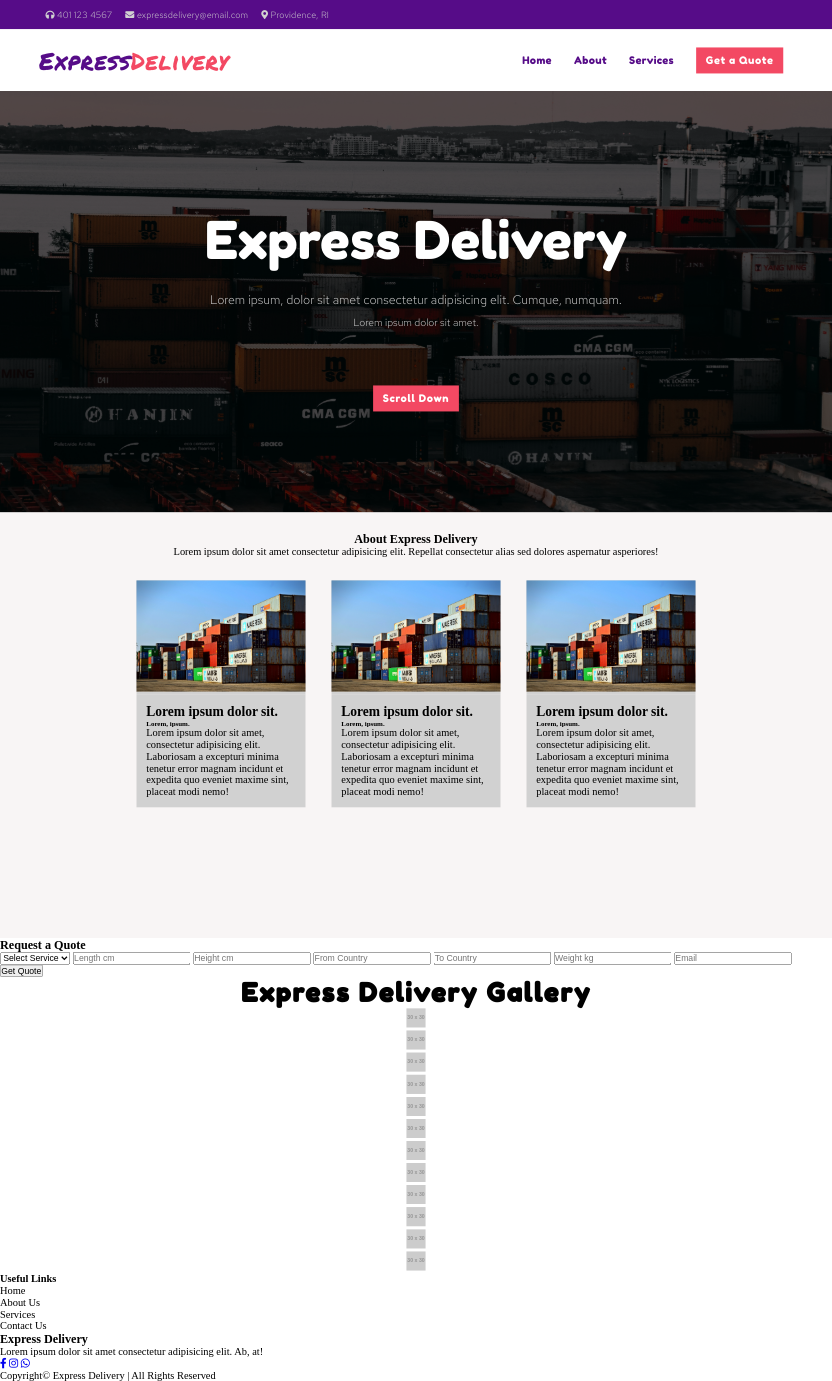
Repository: just-mann/express-delivery
Page: index.html
An editor plug-in stored every save of this project. The page is shown before and after the next save, followed by the edit.
The browser window is 1280 px wide. The pictures show the whole page, at 65% of full size.
The style sheet was rebuilt from its Sass, Less or Tailwind sources for each picture, by a compiler version that may differ from the author's.

Above is the page before, as saved 2021-06-30 15:16:54.

After the next save:
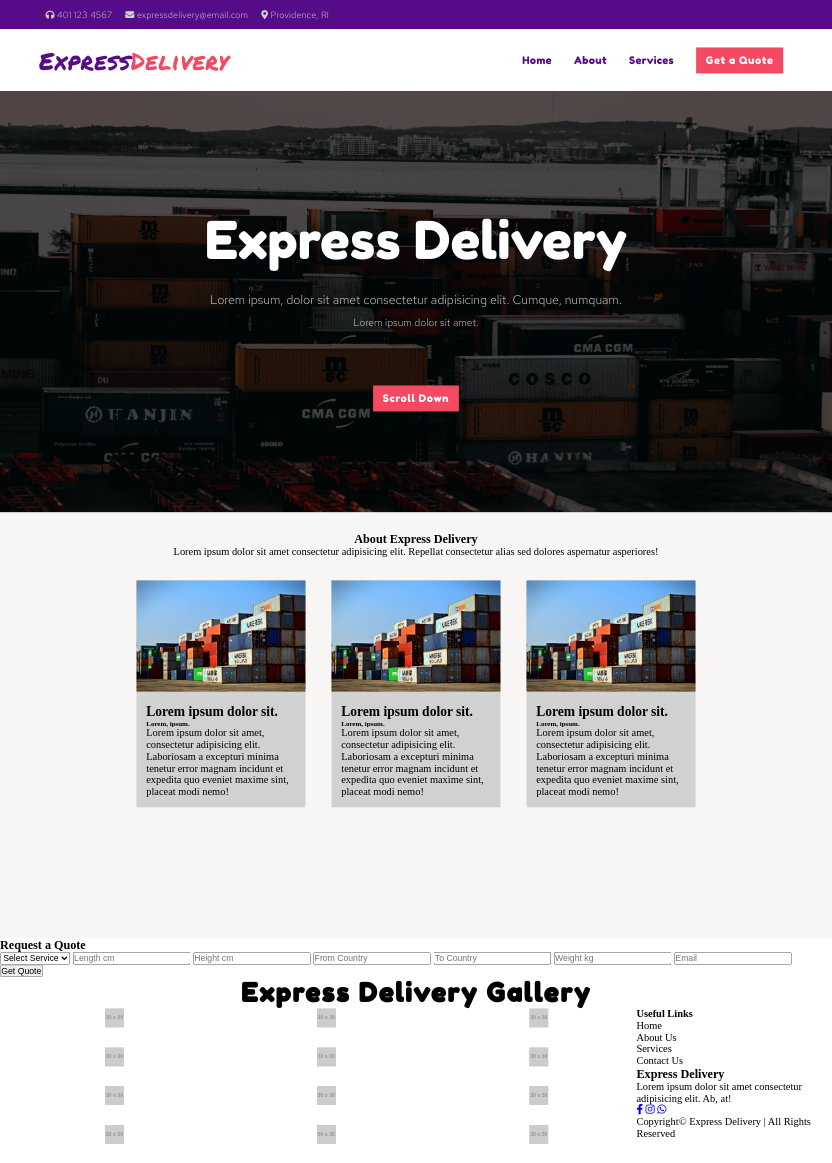
Saved 73 s later.
--- a/Sass/style.scss
+++ b/Sass/style.scss
@@ -232,5 +232,9 @@ header {
         letter-spacing: 2.5px;
     }
 
-
-}
+    .gallery__div li {
+        @include grid(4, 2%);
+    }
+
+
+}
